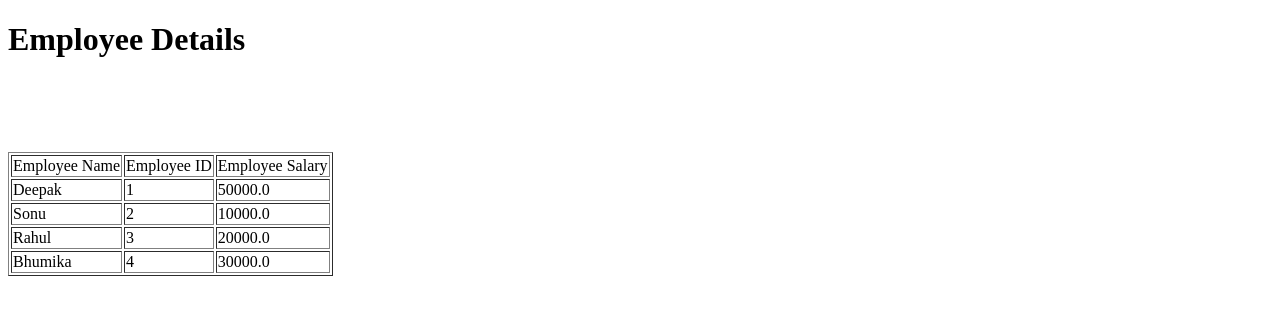
Repository: bhatideepak599/JspServlets
Page: http://localhost/05-java-jstl-tag-demo/jstl-employee-foreach.jsp
The author's editor kept a copy of each file at every save. The page is drawn from the files as they stood at one save, then again after the next save.
The browser window is 1280 px wide. The pictures show the whole page.
The page is served by Tomcat 9.

Above is the page before, as saved 2024-07-15 08:15:54.

After the next save:
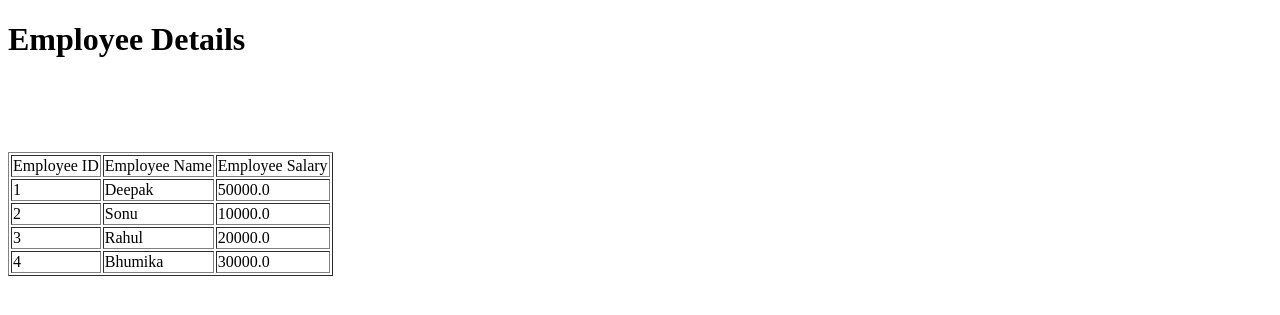
Saved 74 min 0 s later.
--- a/05-java-jstl-tag-demo/WebContent/jstl-employee-foreach.jsp
+++ b/05-java-jstl-tag-demo/WebContent/jstl-employee-foreach.jsp
@@ -1,13 +1,13 @@
 <%@page import="com.techlabs.model.Employee"%>
 <%@ page language="java" contentType="text/html; charset=ISO-8859-1"
-    pageEncoding="ISO-8859-1"%>
+	pageEncoding="ISO-8859-1"%>
 
-<%@ page import="java.util.List" %>
+<%@ page import="java.util.List"%>
 <%@ page import="com.techlabs.model.Employee"%>
-<%@ page import="java.util.ArrayList" %>
+<%@ page import="java.util.ArrayList"%>
 
 
- <%@ taglib uri="http://java.sun.com/jsp/jstl/core" prefix="c"%>
+<%@ taglib uri="http://java.sun.com/jsp/jstl/core" prefix="c"%>
 <%@ taglib uri="http://java.sun.com/jsp/jstl/functions" prefix="fn"%>
 
 <!DOCTYPE html>
@@ -18,35 +18,36 @@
 </head>
 <body>
 	<%
-		List<Employee> lst=new ArrayList<>();
-		lst.add(new Employee("Deepak",1,50000));
-		lst.add(new Employee("Sonu",2,10000));
-		lst.add(new Employee("Rahul",3,20000));
-		lst.add(new Employee("Bhumika",4,30000));
-		 pageContext.setAttribute("theEmployees",lst);
-
+		List<Employee> lst = new ArrayList<>();
+	lst.add(new Employee("Deepak", 1, 50000));
+	lst.add(new Employee("Sonu", 2, 10000));
+	lst.add(new Employee("Rahul", 3, 20000));
+	lst.add(new Employee("Bhumika", 4, 30000));
+	pageContext.setAttribute("theEmployees", lst);
 	%>
 
-	<table border 2px >
-		<h1> <b>Employee Details </b></h1>
+	<table border 2px>
+		<h1>
+			<b>Employee Details </b>
+		</h1>
 		<tr>
+			<td>Employee ID</td>
 			<td>Employee Name</td>
-			<td>Employee ID</td>
 			<td>Employee Salary</td>
 
 		</tr>
 
-	<c:forEach var="emp" items="${theEmployees }">
-		<tr>
-			<td> ${emp.name }</td>
-			<td> ${emp.id }</td>
-			<td> ${emp.salary }</td>
+		<c:forEach var="emp" items="${theEmployees }">
+			<tr>
+				<td>${emp.id }</td>
+				<td>${emp.name }</td>
+				<td>${emp.salary }</td>
 
-		</tr>
-          <br>
+			</tr>
+			<br>
 
-        </c:forEach>
+		</c:forEach>
 
-        </table>
+	</table>
 </body>
 </html>
